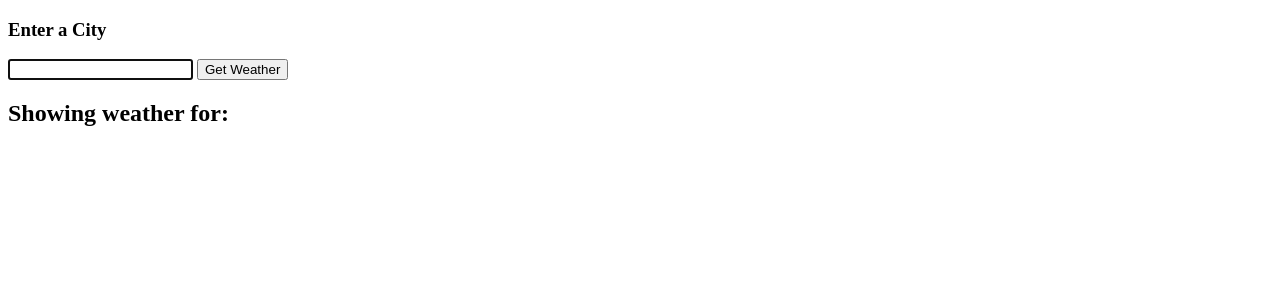
Repository: Naomilounsbury/weather-dashboard
Page: index.html
These files come from the project's save history. The page is drawn as it stood at one moment and after the next save; the edit follows.
The browser window is 1280 px wide. The pictures show the whole page.

Above is the page before, as saved 2021-12-08 12:32:37.

After the next save:
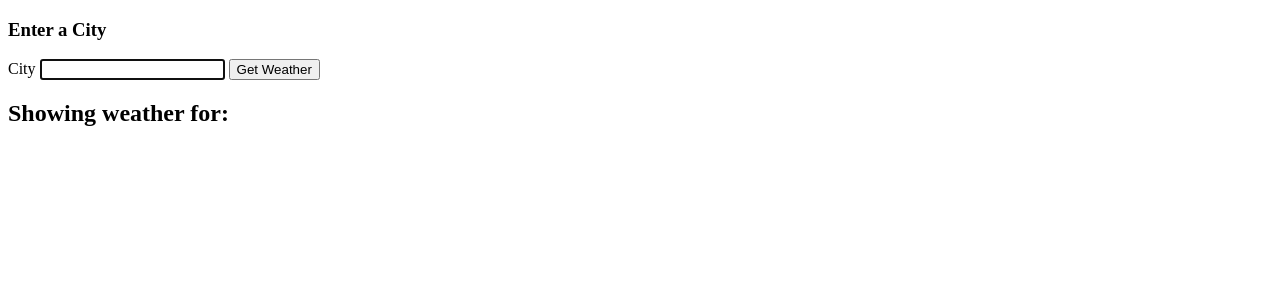
Saved 6 min 15 s later.
--- a/index.html
+++ b/index.html
@@ -12,6 +12,7 @@
     <div class="holdingmyform col-12 col-md-8" >
         <h3 class="weathersearch">Enter a City</h3>
         <form id="weather-form">
+            <label class="freaken-label" for="city">City</label>
             <input name="city" class="city-name"type="text" autofocus="true">
             <button type="submit" class="btn">
                 Get Weather
